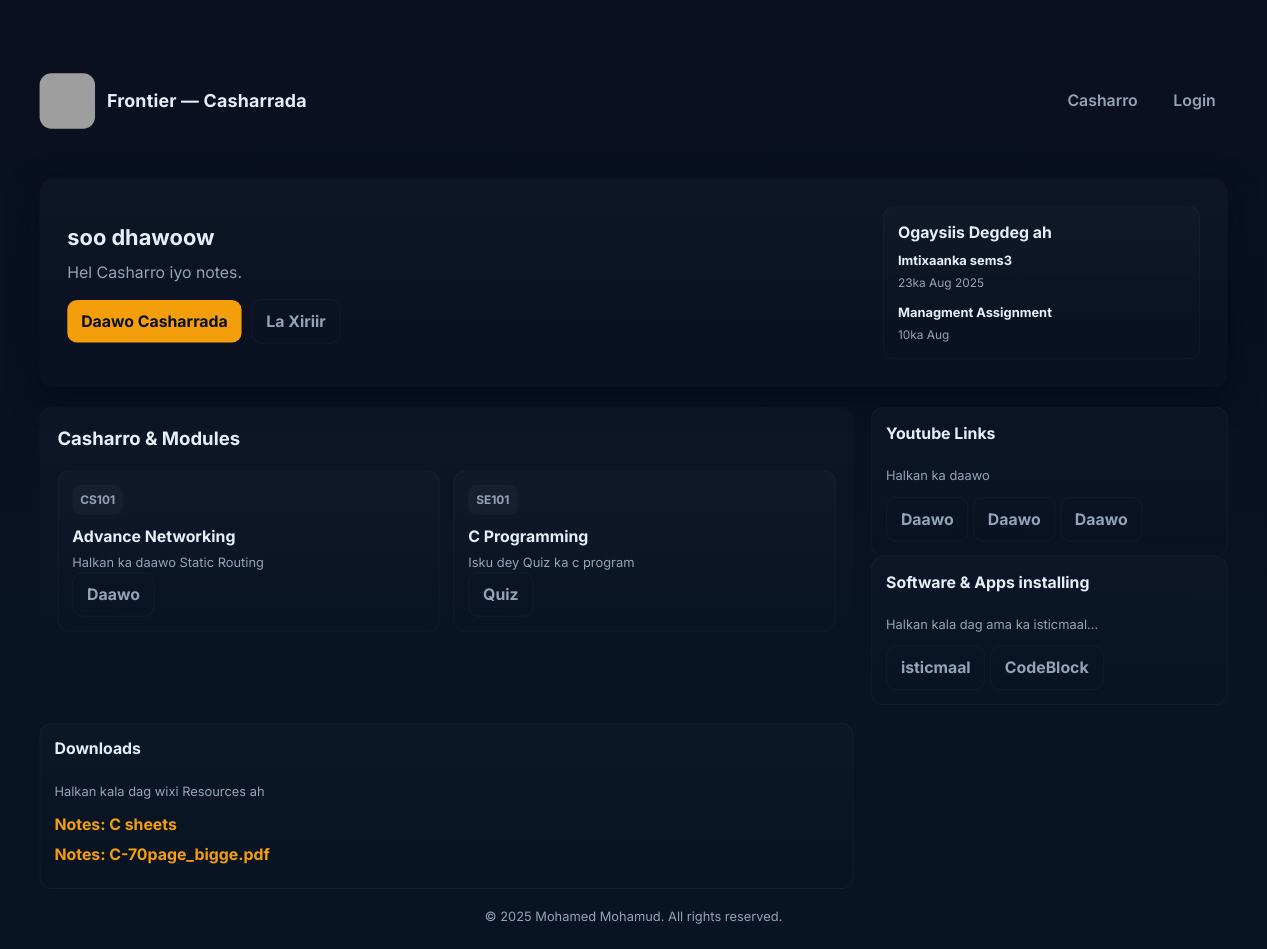
Repository: mrfiiqane/Al-Tacaawun.com
Page: index.html
These files come from the project's save history. The page is drawn as it stood at one moment and after the next save; the edit follows.
The browser window is 1280 px wide. The pictures show the whole page, at 99% of full size.
Pictures or frames that could not be fetched are drawn as grey boxes.

Above is the page before, as saved 2025-08-12 08:57:28.

After the next save:
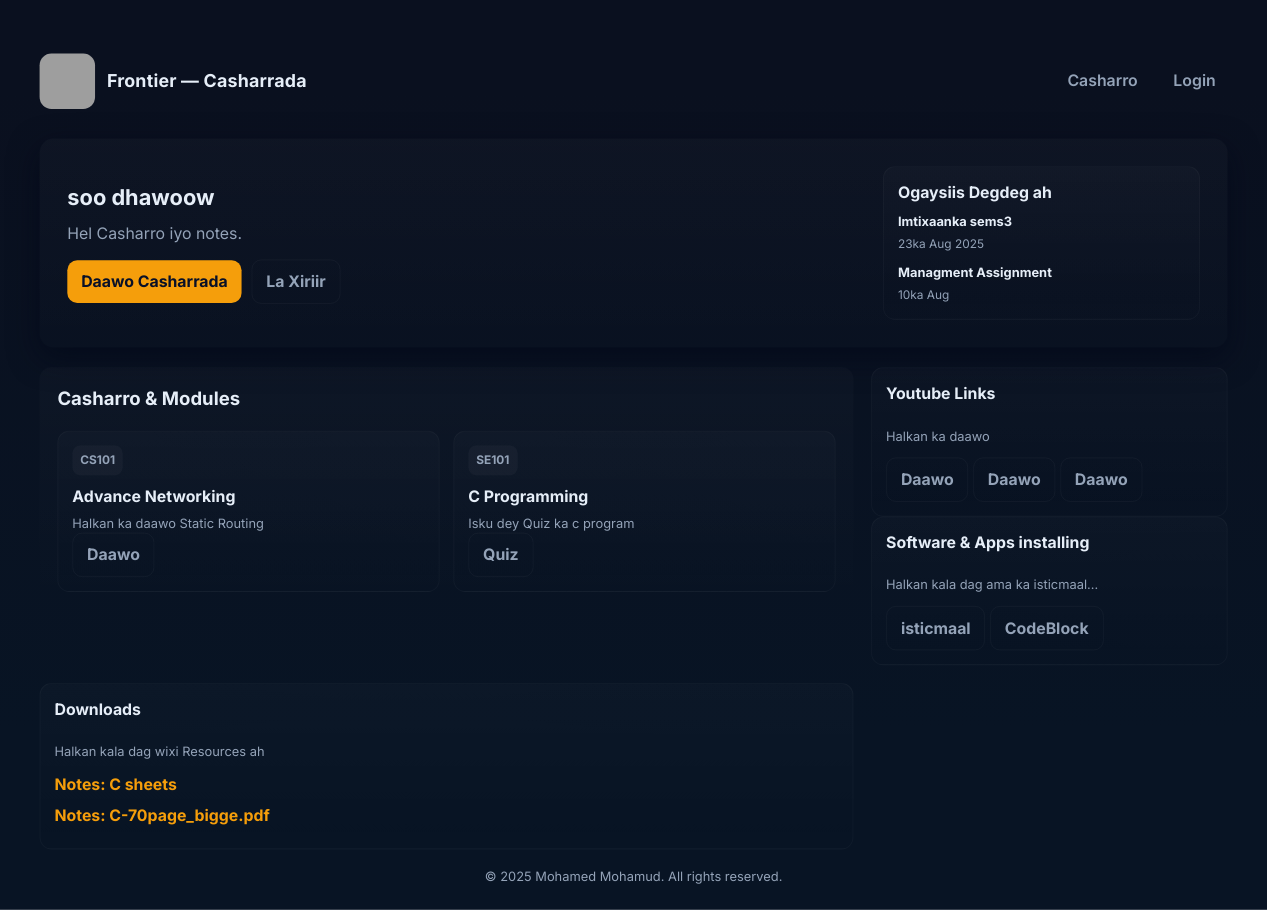
Saved 21 s later.
--- a/style.css
+++ b/style.css
@@ -36,7 +36,7 @@
       align-items:center;
       justify-content:space-between;
       gap:16px;
-      margin: 50px auto;
+      margin: 30px auto;
     }
     .brand{
       display:flex;
